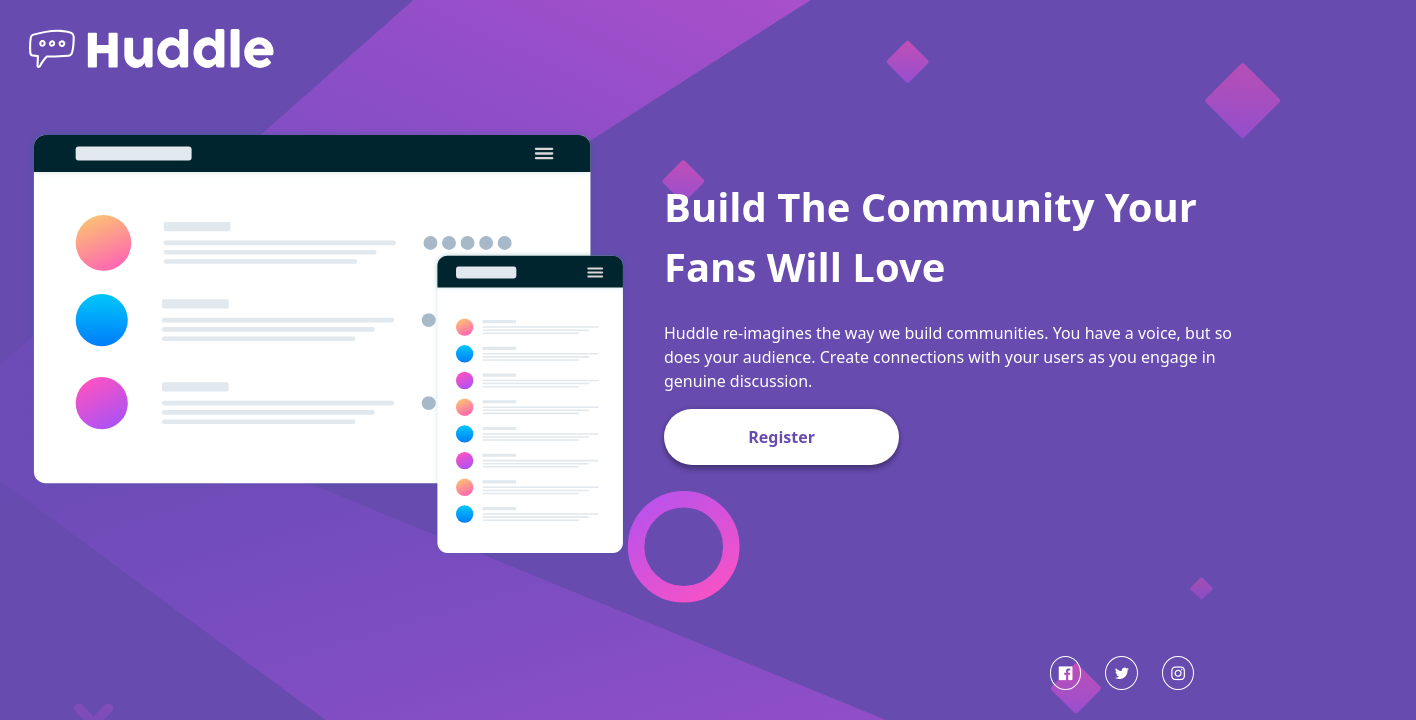
Repository: blordeus/huddle-landing-page-with-single-introductory-section-master
Page: index.html
These files come from the project's save history. The page is drawn as it stood at one moment and after a run of saves; the edit follows.
The browser window is 1280 px wide. The page is 1280 px wide, then 1416 px, so the pictures cover 1416 px, including what lies to the right of the window. The pictures show the whole page.
The style sheet was rebuilt from its Sass, Less or Tailwind sources for each picture, by a compiler version that may differ from the author's.

Above is the page before, as saved 2023-08-31 20:51:57.

### index.html
<!DOCTYPE html>
<html lang="en">
<head>
  <meta charset="UTF-8">
  <meta name="viewport" content="width=device-width, initial-scale=1.0"> <!-- displays site properly based on user's device -->

  <link rel="icon" type="image/png" sizes="32x32" href="./images/favicon-32x32.png">
  <link rel="stylesheet" href="style.css">
  <link href="https://cdn.jsdelivr.net/npm/bootstrap@5.3.1/dist/css/bootstrap.min.css" rel="stylesheet" integrity="sha384-4bw+/aepP/YC94hEpVNVgiZdgIC5+VKNBQNGCHeKRQN+PtmoHDEXuppvnDJzQIu9" crossorigin="anonymous">
  <link rel="stylesheet" href="https://maxcdn.bootstrapcdn.com/font-awesome/4.7.0/css/font-awesome.min.css">

  <title>Frontend Mentor | Huddle landing page with single introductory section</title>

</head>
<body class="mx-3 my-3 pb-3 bg-color">

  <header class="mb-5">
    <img src="./images/logo.svg" alt="">
  </header>

  <section class="container-fluid">
    <div class="row">
      <div class="col-sm-1 col-md-6">
        <img class="img-fluid" src="./images/illustration-mockups.svg" alt="illustration mockups">
      </div>
      <div class="col-sm-1 col-md-6 mt-5 ps-md-4 text-center text-md-start">
        <h1 class="text-white heading">Build The Community Your Fans Will Love</h1>
        <p class="text-white mt-md-4 mt-3 lh-base">
          Huddle re-imagines the way we build communities. You have a voice, but so does your audience.
          Create connections with your users as you engage in genuine discussion.
        </p>
        <button class="rounded-pill px-5 py-2 py-md-3">Register</button>
      </div>
    </div>
  </section>

  <div class="icons d-flex justify-content-center mt-5 gap-4 justify-content-md-end">
      <i class="fa fa-facebook-official" aria-hidden="true"></i>
      <i class="fa fa-twitter" aria-hidden="true"></i>
      <i class="fa fa-instagram" aria-hidden="true"></i>
  </div>

  <footer class="mt-4 d-none">
    <p class="attribution text-white">
      Challenge by <a rel="noopener" href="https://www.frontendmentor.io?ref=challenge" target="_blank">Frontend Mentor</a>.
      Coded by <a href="#">Bryan Lordeus</a>.
    </p>
  </footer>
</body>
</html>

### style.scss
  @import url('https://fonts.googleapis.com/css2?family=Open+Sans&family=Poppins:wght@400;600&display=swap');

:root {
    --primary-violet: hsl(257, 40%, 49%);
    --soft-magenta: hsl(300, 69%, 71%);
}

* {
    margin: 0;
    padding: 0;
    box-sizing: border-box;
}

body {
    font-family: 'Open Sans', sans-serif;
    background-image: url('./images/bg-mobile.svg');
    background-repeat: no-repeat;
    background-size: contain;
    background-position: top;
}

.bg-color {
    background-color: var(--primary-violet);
}

.heading {
    font-weight: 600;
    line-height: 1.5;
}

button {
    font-family: 'Poppins', sans-serif;
    font-weight: 600;
    font-size: 16px;
    color: var(--primary-violet);
    background-color: white;
    border: none;
    border-radius: 30px;
    padding: 10px 20px;
    cursor: pointer;
    transition: 0.3s;
    width: 60%;
    box-shadow: 0 0 5px 0 rgba(0, 0, 0, 0.2), 0 5px 5px 0 rgba(0, 0, 0, 0.24);

}

button:hover {
    background-color: var(--soft-magenta);
    color: white;
    transition: 0.3s;
    cursor: pointer;
}

.icons i {
    color: white;
    background-color: transparent;
    padding: 8px;
    border-radius: 50%;
    border: 1px solid white;
    transition: 0.3s;
}

.icons i:hover {
    border-color: var(--soft-magenta);
    color: var(--soft-magenta);
    transition: 0.3s;
    cursor: pointer;
}



  .attribution { font-size: 11px; text-align: center; }
  .attribution a { color: hsl(228, 45%, 44%); }

  @media only screen and (min-width: 600px) {
    body {
      background-image: url('./images/bg-desktop.svg');
      background-repeat: no-repeat;
      background-size: cover;
    }

    button {
        width: 40%;
    }

    .icons {
        transform: translate(-70px, 50px);
    }
  }

After the next 2 saves:
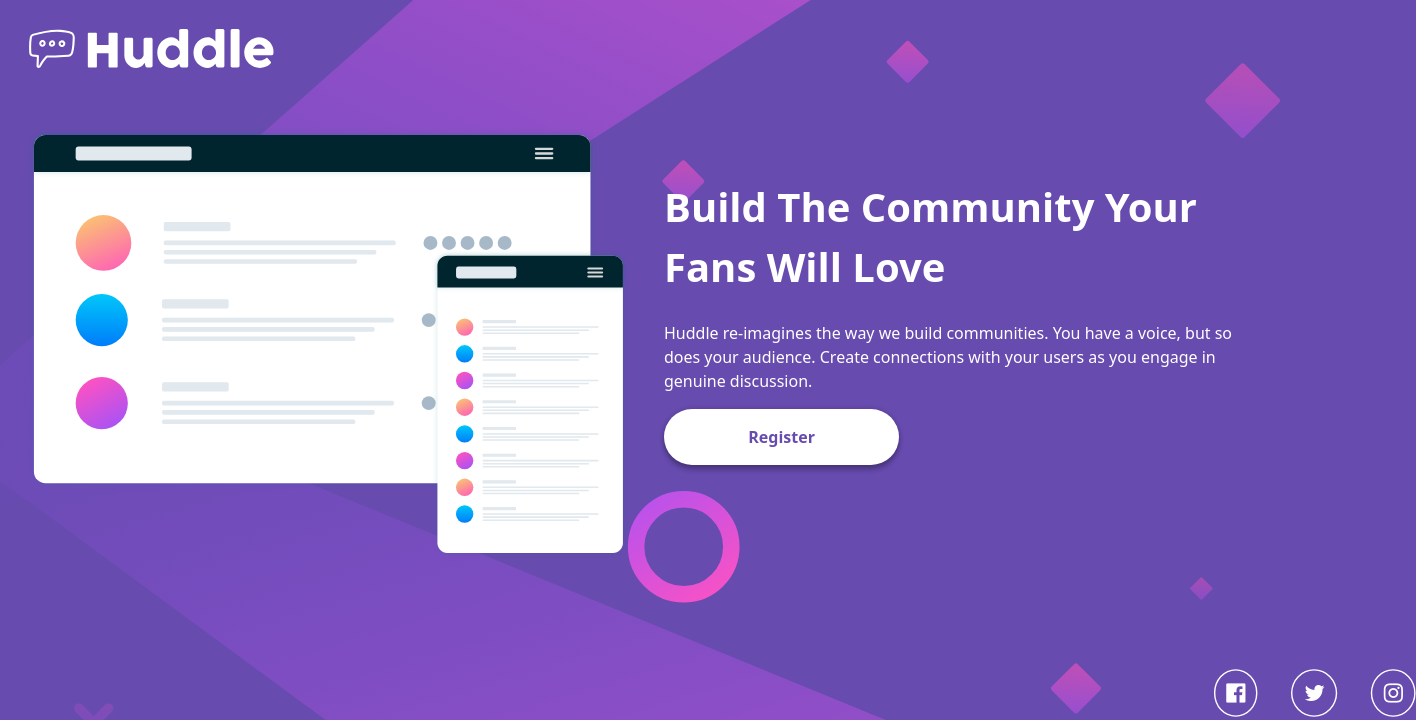
The 2 saves are shown as one change because 1 did not build or start.
The last was saved 27 s later.
--- a/style.scss
+++ b/style.scss
@@ -85,5 +85,6 @@
 
     .icons {
         transform: translate(-70px, 50px);
+        scale:1.4;
     }
   }
